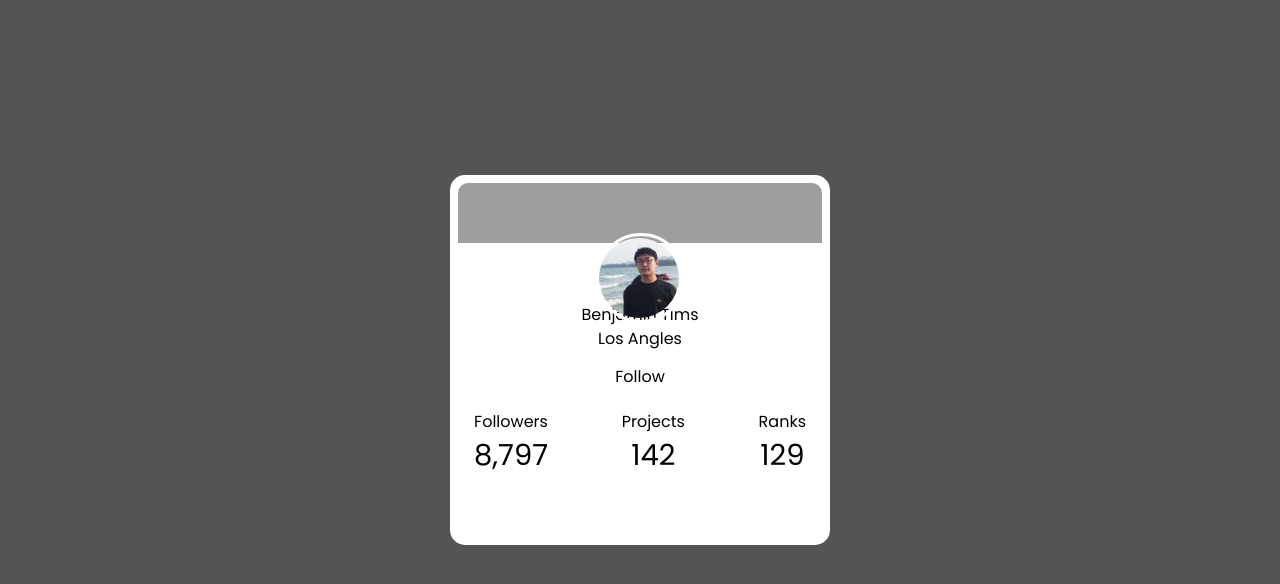
Repository: varotsk137/INT203_62130500080
Page: 62130500080_groupwork_2/myprofile.html
An editor plug-in stored every save of this project. The page is shown before and after the next save, followed by the edit.
The browser window is 1280 px wide. The pictures show the whole page.
Pictures or frames that could not be fetched are drawn as grey boxes.

Above is the page before, as saved 2021-02-03 10:52:39.

After the next save:
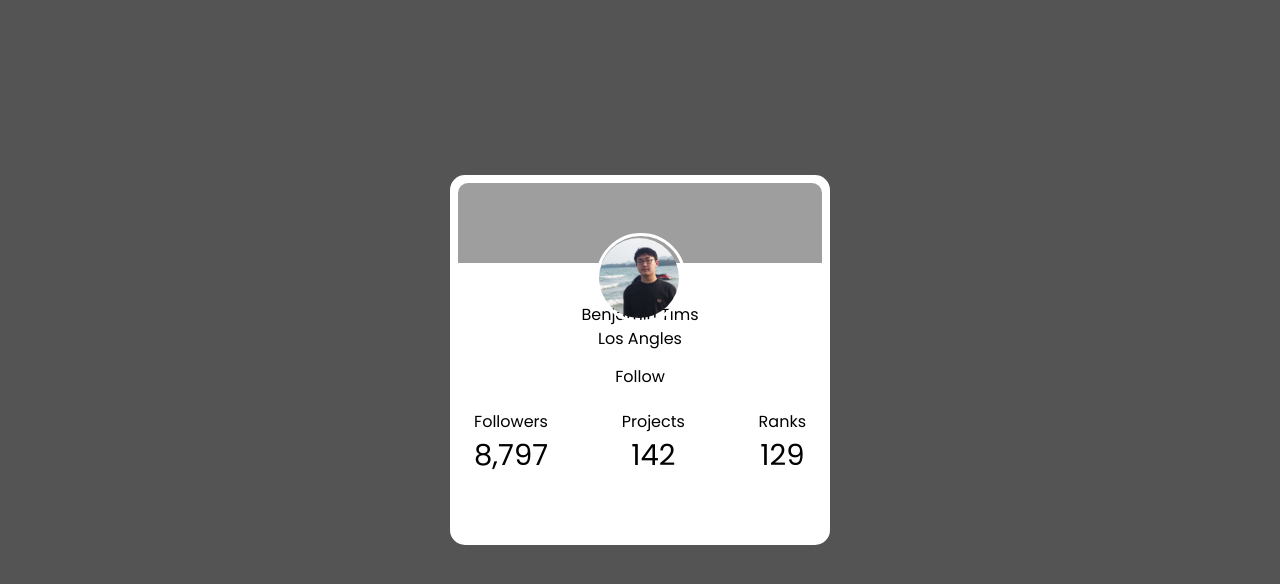
Saved 6 s later.
--- a/62130500080_groupwork_2/myprofile.html
+++ b/62130500080_groupwork_2/myprofile.html
@@ -87,7 +87,7 @@
 <body>
   <div id="app" class="container flex justify-center items-center">
     <div class="card">
-      <div class="upper"> <img :src="bg" class="h-3/5"> </div>
+      <div class="upper"> <img :src="bg" class="h-4/5"> </div>
       <div class="user text-center">
         <div class="profile"> <img :src="me" class="rounded-full" width="80"> </div>
       </div>
